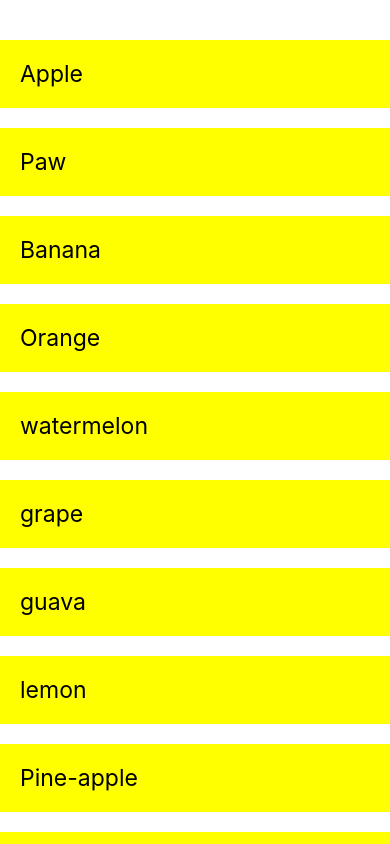
Repository: akinmiday/ReactNativeApp
Screen: /
These files come from the project's save history. The screen is drawn as it stood at one moment and after the next save; the edit follows.
An inner scrolling area shows only its first screen. The app was drawn by React Native's web renderer in a window 390 px wide. The project was rebuilt for these pictures with package versions that can differ from the ones it lists, and the page was loaded fresh each time.

Above is the screen before, as saved 2023-08-03 08:23:32.

### App.js
import { StatusBar } from "expo-status-bar";
import { useState } from "react";
import { StyleSheet, View, Text, ScrollView, FlatList } from "react-native";

export default function App() {
  const [fruit, setFruit] = useState([
    { name: "Apple", key: "1" },
    { name: "Paw", key: "2" },
    { name: "Banana", key: "3" },
    { name: "Orange", key: "4" },
    { name: "watermelon", key: "5" },
    { name: "grape", key: "6" },
    { name: "guava", key: "7" },
    { name: "lemon", key: "8" },
    { name: "Pine-apple", key: "9" },
    { name: "Cherry", key: "10" },
    { name: "Tangerine", key: "11" },
  ]);
  return (
    <View style={styles.container}>
      <FlatList
        data={fruit}
        renderItem={({ item }) => (
          <View>
            <Text style={styles.fruits}>{item.name}</Text>
          </View>
        )}
      />
      {/* <ScrollView>
        {fruit.map((fruits) => {
          return (
            <View key={fruits.key}>
              <Text style={styles.fruits}>{fruits.name}</Text>
            </View>
          );
        })}
      </ScrollView> */}
    </View>
  );
}

const styles = StyleSheet.create({
  container: {
    flex: 1,
    backgroundColor: "#fff",
    marginTop: 20,
  },
  fruits: {
    fontSize: 23,
    backgroundColor: "yellow",
    marginTop: 20,
    padding: 20,
  },
});

After the next save:
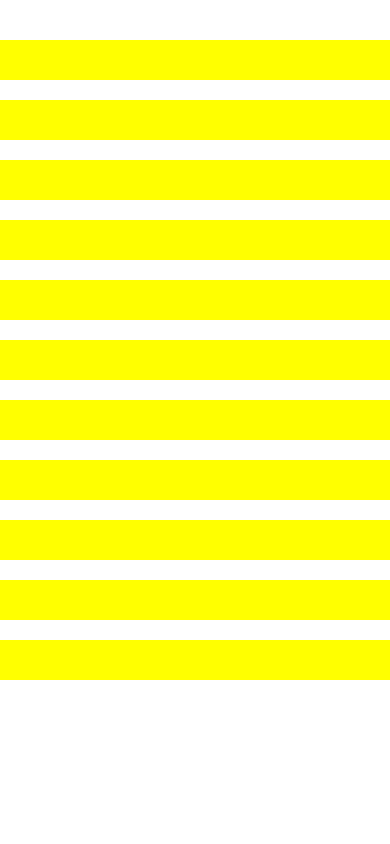
Saved 21 s later.
--- a/App.js
+++ b/App.js
@@ -22,7 +22,7 @@ export default function App() {
         data={fruit}
         renderItem={({ item }) => (
           <View>
-            <Text style={styles.fruits}>{item.name}</Text>
+            <Text style={styles.fruits}></Text>
           </View>
         )}
       />
